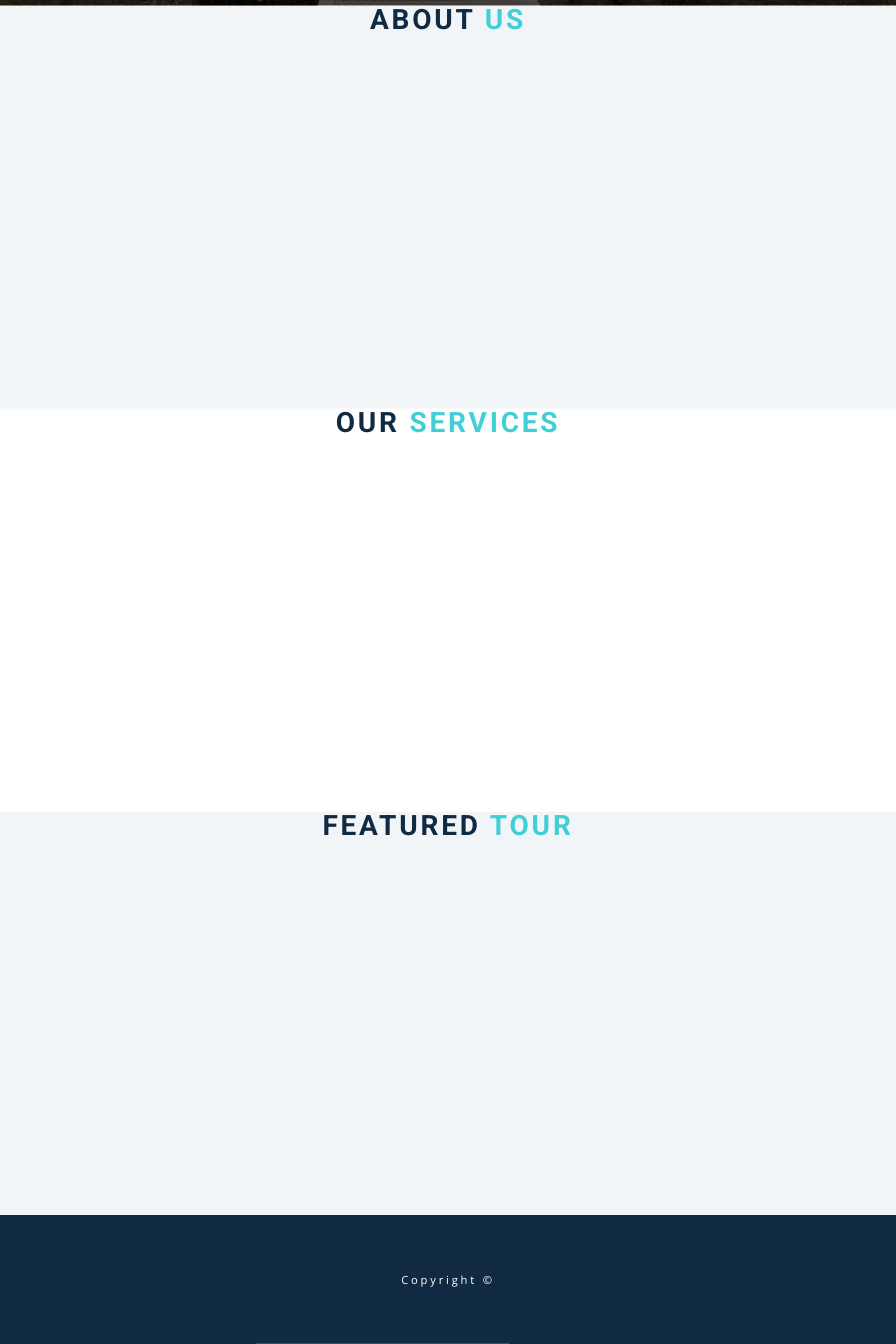
Repository: sunny070/javaScript
Page: Scroll_10/index.html
These files come from the project's save history. The page is drawn as it stood at one moment and after the next save; the edit follows.
The browser window is 1280 px wide. The pictures show the part of the page from y = 794 to 2714 px (the page is 2714 px tall), at 70% of full size.
Some web libraries are served in a nearby version.

Above is the page before, as saved 2023-10-27 12:04:29.

After the next save:
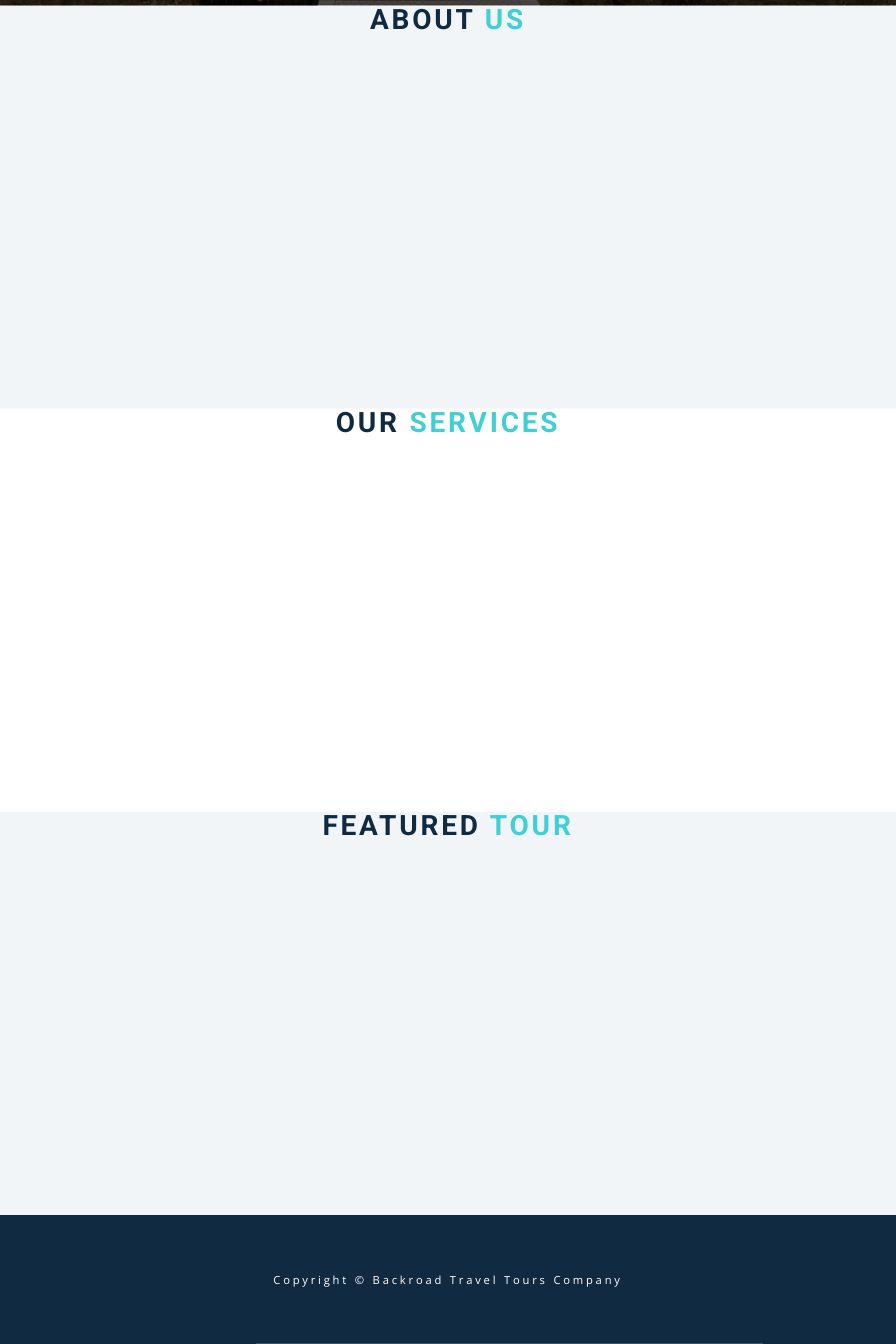
Saved 12 s later.
--- a/Scroll_10/index.html
+++ b/Scroll_10/index.html
@@ -76,7 +76,7 @@
 <!-- footer -->
 <footer class="section">
     <p>
-        copyright &copy;
+        copyright &copy; backroad travel tours company
     </p>
 </footer>
     <script src="app.js"></script>
